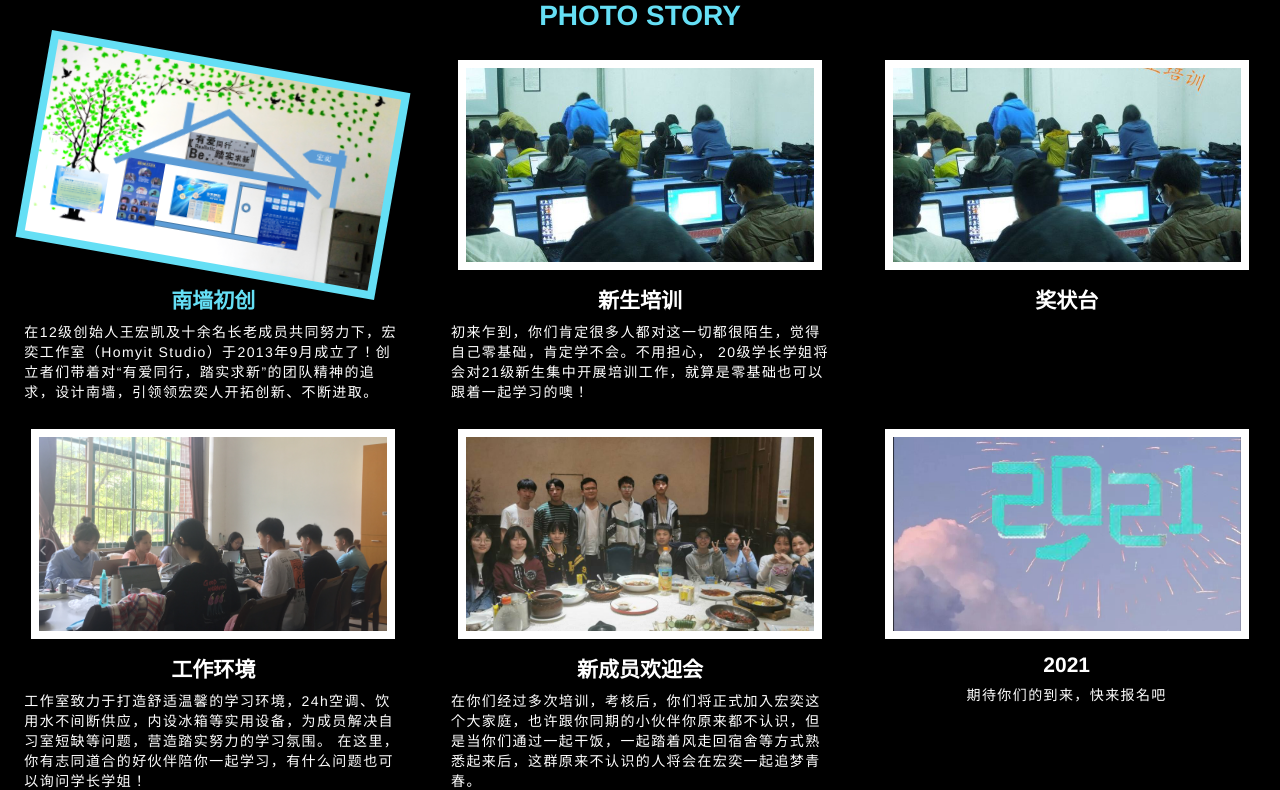
Repository: Homyit20/website
Page: /#/photo
An editor plug-in stored every save of this project. The page is shown before and after the next save, followed by the edit.
The browser window is 1280 px wide. The pictures show the whole page.
The project was rebuilt for these pictures with package versions that can differ from the ones it lists, and the page was loaded fresh each time. Also part of the build but not shown: vue.config.js.

Above is the page before, as saved 2021-08-10 20:06:06.

### public/index.html
<!DOCTYPE html>
<html lang="">
  <head>
    <meta charset="utf-8">
    <meta http-equiv="X-UA-Compatible" content="IE=edge">
    <meta name="viewport" content="width=device-width,initial-scale=1.0">
    <link rel="icon" href="<%= BASE_URL %>favicon.ico">
    <!-- <title><%= htmlWebpackPlugin.options.title %></title> -->
    <title><%= htmlWebpackPlugin.options.title %></title>
    <style>
      *{
        cursor: url("火箭.ico"),auto;
      }
      .body{
        overflow-x: hidden;
      }
    </style>
  </head>
  <body class="body">
    <noscript>
      <strong>We're sorry but <%= htmlWebpackPlugin.options.title %> doesn't work properly without JavaScript enabled. Please enable it to continue.</strong>
    </noscript>
    <div id="app"></div>
    <!-- built files will be auto injected -->
  </body>
</html>

### src/main.js
import Vue from 'vue'
import App from './App.vue'
import router from './router'
import store from './store'
// import VueCookies from 'vue-cookies'
// import axios from 'axios'
// import VueAxios from 'vue-axios'
import 'animate.css/animate.min.css'
// Vue.use(VueCookies)
// Vue.use(VueAxios, axios);

Vue.config.productionTip = false

new Vue({
  router,
  store,
  render: h => h(App),
}).$mount('#app')

//报名成功或者已报名才可进入二维码页面
router.beforeEach((to, from, next) => {
  //路由导航
  if (to.meta.islogin) {

    if (store.state.success == 1) {
      next()
    } else {
      next({
        path: from.path
      })
    }
  } else {

    if (to.meta.islogin) {
      if (store.state.success == 1) {
        next()
      } else {
        next({
          path: from.path
        })
      }
    } else {
      next()
    }
  }
})
window.onload = function(){
  document.title = "HOMYIT STUDIO"
}

### src/App.vue
<template>
  <div id="app">
    <router-view></router-view>
  </div>
</template>

<script>
// import NavBar from "./components/enter/enter.vue"
export default {
  name: "App"
};
</script>

<style>
* {
  margin: 0;
  padding: 0;
  box-sizing: border-box;
}
html {
  font-size: 14px;
}
#app {
  font-family: Avenir, Helvetica, Arial, sans-serif;
}
</style>

### src/router/index.js
import Vue from 'vue'
import VueRouter from 'vue-router'

Vue.use(VueRouter);

const routes = [
    {
        path: '/',
        redirect: '/enter',
        meta : {
            title : 'enter'
        }
    },
    {
        path: '/technique',
        component: () => import('../views/technique.vue'),
        meta : {
            title : 'technique'
        }
    },
    {
        path: '/develop',
        component: () => import('../views/develop.vue'),
        meta : {
            title : 'develop'
        }
    },
    {
        path: '/enter',
        component: () => import('../views/enter.vue'),
        meta : {
            title : 'enter'
        }
    },
    {
        path: '/login',
        component: () => import('../views/login.vue'),
        redirect: '/login/loginform',
        children: [{
            path: '/login/loginform',
            component: () => import('../components/content/loginform.vue'),
            meta : {
                title : 'login'
            }
        },
        {
            path: '/login/contact',
            component: () => import('../components/content/contact.vue'),
            meta: {
                islogin: true,
                title : 'contact'
            }
        }
        ]
    },
    {
        path: '/home',
        component: () => import('../views/Home.vue'),
        meta : {
            title : 'home'
        }
    }, {
        path: '/background',
        component: () => import('../views/background.vue'),
        meta : {
            title : 'background'
        }
    },
    {
        path : '/photo',
        component : () => import('../views/photo.vue')
    }
]

const router = new VueRouter({
    routes
})

export default router;

### src/store/index.js
import Vue from 'vue'
import Vuex from 'vuex'

Vue.use(Vuex)

const store = new Vuex.Store({
    state : {
        success : 0,
        isnav : false
    },
    mutations : {
        judge(state){
            state.success = 1
        }
    }
})

export default store;

### src/views/photo.vue
<template>
  <div class="photos-back">
    <h1>PHOTO STORY</h1>
    <div class="photo-content">
      <div class="photo-content-img">
        <img src="../assets/techlogin/images/南墙.png" class="photo-animate-one our-photo" @click="changephoto(0)">
        <h2 class="active-photo">南墙初创</h2>
        <p>在12级创始人王宏凯及十余名长老成员共同努力下，宏奕工作室（Homyit Studio）于2013年9月成立了！创立者们带着对“有爱同行，踏实求新”的团队精神的追求，设计南墙，引领领宏奕人开拓创新、不断进取。
        </p>
      </div>
      <div class="photo-content-img">
        <img src="../assets/techlogin/images/新生培训.png" class="our-photo" @click="changephoto(1)">
        <h2>新生培训</h2>
        <p>初来乍到，你们肯定很多人都对这一切都很陌生，觉得自己零基础，肯定学不会。不用担心，
          20级学长学姐将会对21级新生集中开展培训工作，就算是零基础也可以跟着一起学习的噢！</p>
      </div>
      <div class="photo-content-img">
        <img src="../assets/techlogin/images/新生培训.jpg" class="our-photo" @click="changephoto(2)">
        <h2>奖状台</h2>
        <p></p>
      </div>
      <div class="photo-content-img">
        <img src="../assets/techlogin/images/工作环境.png" class="our-photo" @click="changephoto(3)">
        <h2>工作环境</h2>
        <p>工作室致力于打造舒适温馨的学习环境，24h空调、饮用水不间断供应，内设冰箱等实用设备，为成员解决自习室短缺等问题，营造踏实努力的学习氛围。
          在这里，你有志同道合的好伙伴陪你一起学习，有什么问题也可以询问学长学姐！
        </p>
      </div>
      <div class="photo-content-img">
        <img src="../assets/techlogin/images/2020.jpg" class="our-photo" @click="changephoto(4)">
        <h2>新成员欢迎会</h2>
        <p>在你们经过多次培训，考核后，你们将正式加入宏奕这个大家庭，也许跟你同期的小伙伴你原来都不认识，但是当你们通过一起干饭，一起踏着风走回宿舍等方式熟悉起来后，这群原来不认识的人将会在宏奕一起追梦青春。</p>
      </div>
      <div class="photo-content-img">
        <img src="../assets/techlogin/images/2021.png" @click="phototojoin()">
        <h2>2021</h2>
        <p>期待你们的到来，快来报名吧</p>
      </div>
    </div>
  </div>
</template>

<script>
  let photobefore = 0;
  export default {
    name : 'photo',
    methods:{
      changephoto(value){
        let ourphoto = document.getElementsByClassName('our-photo');
        let photoh2 = document.getElementsByTagName('h2');
        photoh2[value].style.color = '#65dff5';
        photoh2[photobefore].style.color = '#fff';
        ourphoto[0].classList.remove('photo-animate-one');
        ourphoto[photobefore].classList.remove('photo-animate-one');
        ourphoto[value].classList.add('photo-animate-one');
        photobefore = value;
      },
      phototojoin(){
      this.$router.push({
        path : '/login/loginform'
      })
    }
    }
  }
</script>

<style>
.photos-back{
  width: 100vw;
  background-color: #000;
  display: flex;
  flex-direction: column;
  align-items: center;
  color: #65dff5;
}
.photo-content{
  display: flex;
  justify-content: space-around;
  flex-wrap: wrap;
}
.photo-content-img{
  display: flex;
  flex-direction: column;
  align-items: center;
  width: 27rem;
  margin-top: 2rem;
  color: #fff;
}
.photo-content-img .active-photo{
  color: #65dff5;
}
.photo-content-img h2{
  margin-top: 1rem;
}
.photo-content-img p{
  box-shadow: 1px 1px 3px #000;
  letter-spacing: 0.1rem;
  margin-top: 0.5rem;
}
.photo-content-img img{
  border: 8px solid #fff;
  width: 26rem;
  height: 15rem;
  object-fit: cover;
}
  .photo-content-img .photo-animate-one{
    border: 8px solid #65dff5;
    animation: photoone 2s infinite ease-in-out;
  }
/* 动画 */
@keyframes photoone {
  0%{
    transform: rotate(0deg);
  }
  50%{
    transform: rotate(10deg);
  }
  100%{
    transform: rotate(0deg);
  }
}


@media screen and (max-width : 800px){
  .photo-content{
    display: flex;
    flex-direction: column;
    align-items: center;
 }
 .photo-content-img{
   width: 23rem;
 }
   .photo-content-img img{
    width: 22rem;
    height: 12rem;
  }
}
@media screen and (min-width: 1500px){
  .photo-content-img{
    width: 35rem;
  }
  .photo-content-img img{
    width: 34rem;
    height: 20rem;
  }
}
</style>

After the next save:
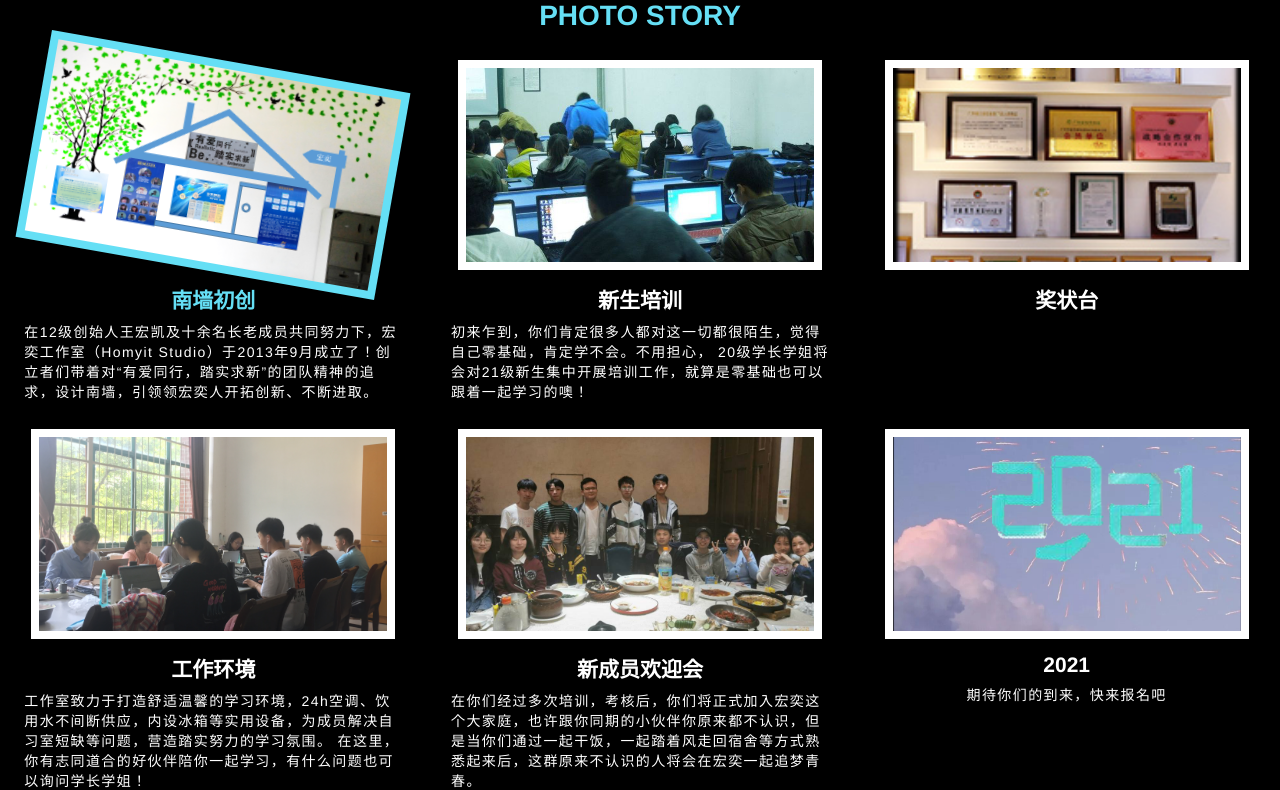
Saved 3 min 53 s later.
--- a/src/views/photo.vue
+++ b/src/views/photo.vue
@@ -15,7 +15,7 @@
           20级学长学姐将会对21级新生集中开展培训工作，就算是零基础也可以跟着一起学习的噢！</p>
       </div>
       <div class="photo-content-img">
-        <img src="../assets/techlogin/images/新生培训.jpg" class="our-photo" @click="changephoto(2)">
+        <img src="../assets/techlogin/images/奖状台.png" class="our-photo" @click="changephoto(2)">
         <h2>奖状台</h2>
         <p></p>
       </div>
